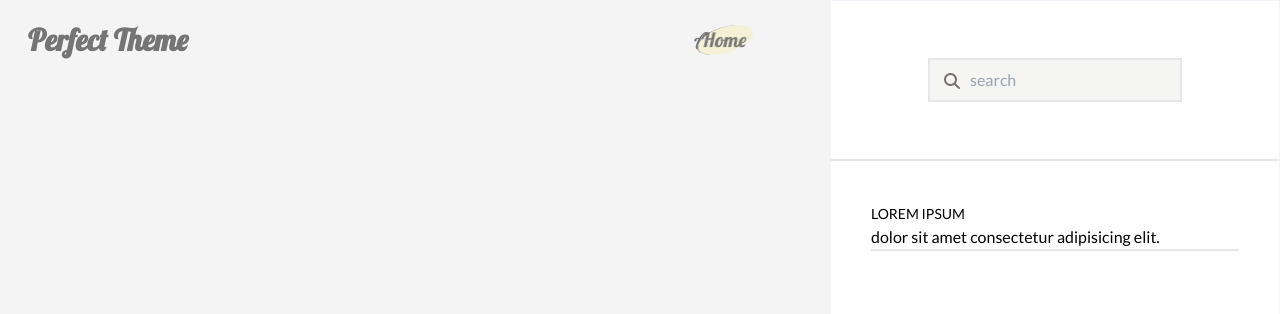
Repository: hsumyatm7308/laravel-blog
Page: blogweb/resources/views/blog/headerlayout.html
The author's editor kept a copy of each file at every save. The page is drawn from the files as they stood at one save, then again after a run of saves.
The browser window is 1280 px wide. The pictures show the whole page.
Some web libraries are served in a nearby version.

Above is the page before, as saved 2023-09-04 19:16:23.

After the next 2 saves:
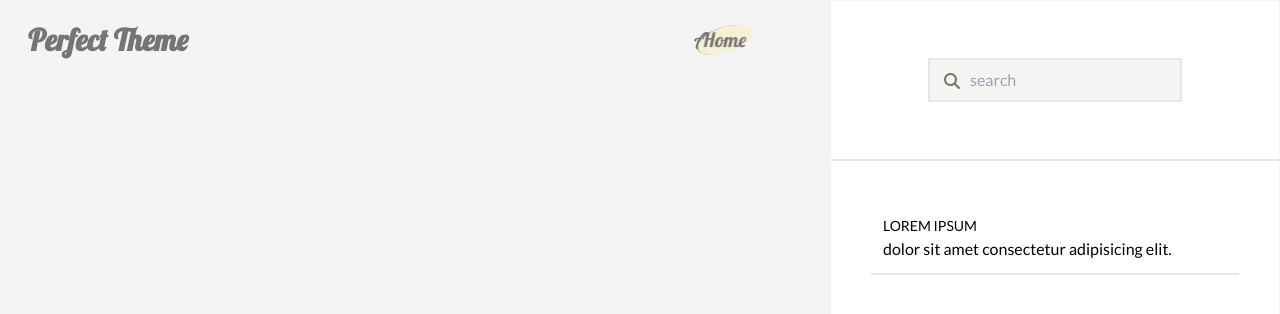
The 2 saves are shown as one change because they came seconds apart.
The last was saved 30 s later.
--- a/blogweb/resources/views/blog/headerlayout.html
+++ b/blogweb/resources/views/blog/headerlayout.html
@@ -143,7 +143,7 @@
 
             <div>
                 <div class="p-10">
-                    <li class="list-none border-b-2">
+                    <li class="list-none border-b-2 p-3">
                         <a href="" class="uppercase text-sm">Lorem ipsum</a>
                         <p>dolor sit amet consectetur adipisicing elit.</p>
 

After the save that followed:
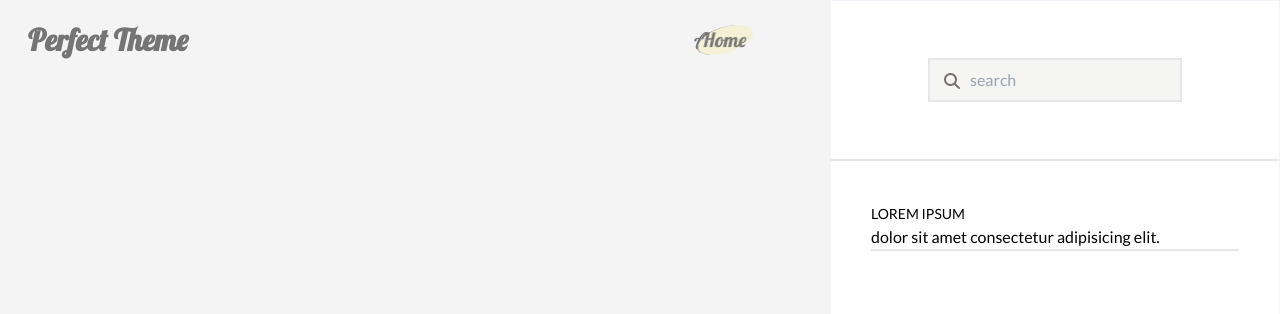
Saved 14 s later.
--- a/blogweb/resources/views/blog/headerlayout.html
+++ b/blogweb/resources/views/blog/headerlayout.html
@@ -143,7 +143,7 @@
 
             <div>
                 <div class="p-10">
-                    <li class="list-none border-b-2 p-3">
+                    <li class="list-none border-b-2 pr-3">
                         <a href="" class="uppercase text-sm">Lorem ipsum</a>
                         <p>dolor sit amet consectetur adipisicing elit.</p>
 
